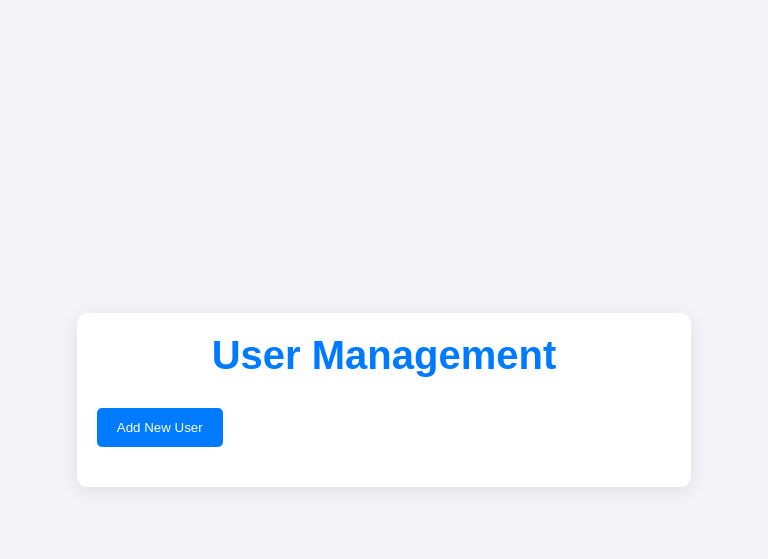
Repository: anazhtz/index
Page: index.html
An editor plug-in stored every save of this project. The page is shown before and after the next save, followed by the edit.
The browser window is 768 px wide. The pictures show the whole page.

Above is the page before, as saved 2024-11-14 15:16:00.

After the next save:
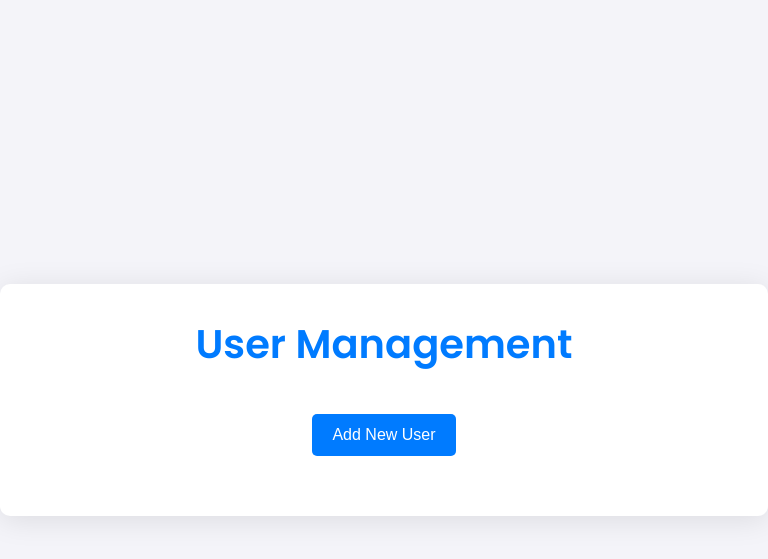
Saved 12 s later.
--- a/styles.css
+++ b/styles.css
@@ -1,88 +1,97 @@
-/* Resetting some basic styles */
+/* General Reset */
 * {
     margin: 0;
     padding: 0;
     box-sizing: border-box;
 }
 
-/* General Body Styles */
+/* Body Styling */
 body {
-    font-family: 'Arial', sans-serif;
-    background: #f4f4f9;
+    font-family: 'Poppins', sans-serif;
+    background-color: #f4f4f9;
     color: #333;
     display: flex;
     justify-content: center;
     align-items: center;
     height: 100vh;
+    margin: 0;
 }
 
-/* Container */
+/* Main Container */
 .container {
-    width: 80%;
+    width: 100%;
     max-width: 1200px;
-    background: #fff;
-    padding: 20px;
+    background-color: #fff;
+    padding: 30px;
     border-radius: 10px;
-    box-shadow: 0 4px 20px rgba(0, 0, 0, 0.1);
+    box-shadow: 0 4px 30px rgba(0, 0, 0, 0.1);
     overflow: hidden;
 }
 
-/* Header */
+/* Header Section */
+header {
+    text-align: center;
+    margin-bottom: 40px;
+}
+
 header h1 {
-    text-align: center;
+    font-size: 2.5rem;
     color: #007bff;
-    margin-bottom: 30px;
-    font-size: 2.5rem;
+    font-weight: 600;
 }
 
 /* Buttons */
 button {
-    background: #007bff;
+    background-color: #007bff;
     color: #fff;
     padding: 12px 20px;
     border: none;
     border-radius: 5px;
+    font-size: 1rem;
     cursor: pointer;
-    transition: background 0.3s ease;
+    transition: background-color 0.3s ease;
 }
 
 button:hover {
-    background: #0056b3;
+    background-color: #0056b3;
 }
 
-/* User Form Styles */
-.user-form {
+/* Action Section */
+.actions {
     text-align: center;
     margin-bottom: 30px;
 }
 
-.add-btn {
-    margin-bottom: 20px;
-}
-
-/* User List Styles */
+/* User Cards */
 .user-list {
     display: grid;
-    grid-template-columns: repeat(auto-fill, minmax(250px, 1fr));
+    grid-template-columns: repeat(auto-fill, minmax(320px, 1fr));
     gap: 20px;
 }
 
 .user-card {
-    background: #f8f9fa;
+    background-color: #fff;
     padding: 20px;
     border-radius: 10px;
-    box-shadow: 0 4px 10px rgba(0, 0, 0, 0.1);
-    position: relative;
+    box-shadow: 0 6px 20px rgba(0, 0, 0, 0.1);
+    transition: transform 0.3s ease, box-shadow 0.3s ease;
+}
+
+.user-card:hover {
+    transform: translateY(-10px);
+    box-shadow: 0 10px 30px rgba(0, 0, 0, 0.1);
 }
 
 .user-card h3 {
+    font-size: 1.8rem;
     color: #007bff;
-    font-size: 1.5rem;
+    margin-bottom: 15px;
 }
 
 .user-card p {
-    color: #333;
-    margin: 5px 0;
+    color: #555;
+    font-size: 1rem;
+    margin: 8px 0;
 }
 
 .user-card button {
@@ -99,7 +108,7 @@ button:hover {
     background-color: #dc3545;
 }
 
-/* Modal Styles */
+/* Modal Styling */
 .modal {
     display: none;
     position: fixed;
@@ -114,29 +123,48 @@ button:hover {
 }
 
 .modal-content {
-    background: #fff;
-    padding: 30px;
+    background-color: #fff;
+    padding: 40px;
+    width: 500px;
     border-radius: 10px;
-    max-width: 500px;
-    width: 100%;
-    box-shadow: 0 4px 20px rgba(0, 0, 0, 0.1);
+    box-shadow: 0 6px 30px rgba(0, 0, 0, 0.1);
 }
 
 .close-btn {
     font-size: 30px;
     color: #333;
     position: absolute;
-    top: 10px;
-    right: 10px;
+    top: 20px;
+    right: 20px;
     cursor: pointer;
 }
 
 textarea {
     width: 100%;
-    padding: 10px;
-    margin-bottom: 15px;
+    padding: 12px;
+    margin-bottom: 20px;
     border: 1px solid #ddd;
     border-radius: 5px;
     font-size: 1rem;
     resize: vertical;
 }
+
+input[type="text"], input[type="email"] {
+    width: 100%;
+    padding: 12px;
+    margin-bottom: 20px;
+    border: 1px solid #ddd;
+    border-radius: 5px;
+    font-size: 1rem;
+}
+
+/* Responsive Design */
+@media (max-width: 768px) {
+    .user-list {
+        grid-template-columns: 1fr;
+    }
+
+    .modal-content {
+        width: 90%;
+    }
+}
